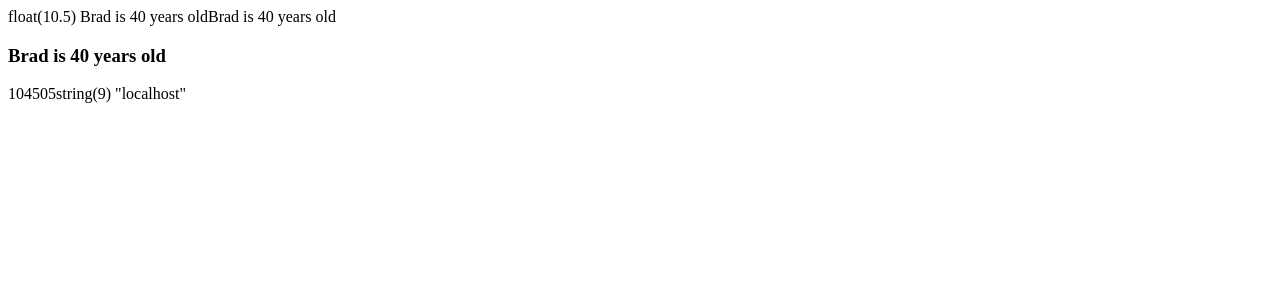
Repository: Matiss1337/PHP
Page: http://localhost/02_variables.php
An editor plug-in stored every save of this project. The page is shown before and after a run of saves, followed by the edit.
The browser window is 1280 px wide. The pictures show the whole page.
The page is run by PHP 8.4 with error messages shown; the project is at /var/www/html/.

Above is the page before, as saved 2023-02-14 10:06:14.

After the next 7 saves:
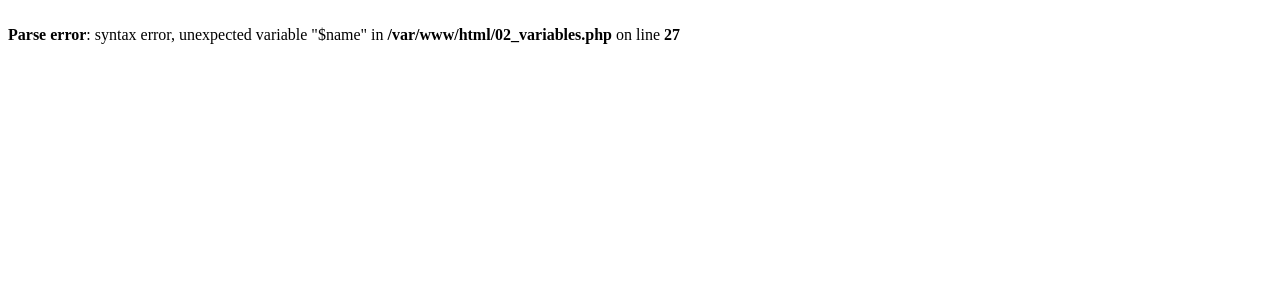
The 7 saves are shown as one change because they came seconds apart.
The last was saved 101 s later.
--- a/02_variables.php
+++ b/02_variables.php
@@ -22,6 +22,7 @@
 - Variables can only contain alpha-numeric characters and underscores (A-z, 0-9, and _ )
 - Variables are case-sensitive ($name and $NAME are two different variables)
 */
+$myNmae = "Matt"
 
 $name = 'Brad'; // String // Can be single or double quotes
 $age = 40; // Integer

After the 2 saves that followed:
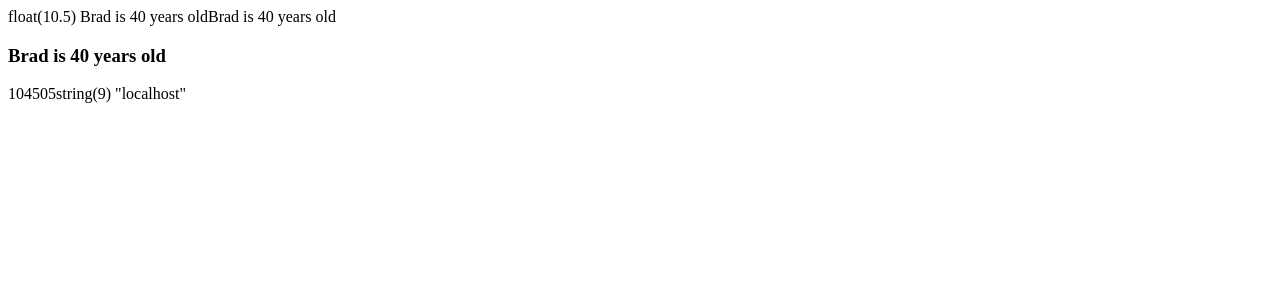
The 2 saves are shown as one change because they came seconds apart.
The last was saved 7 s later.
--- a/02_variables.php
+++ b/02_variables.php
@@ -22,7 +22,8 @@
 - Variables can only contain alpha-numeric characters and underscores (A-z, 0-9, and _ )
 - Variables are case-sensitive ($name and $NAME are two different variables)
 */
-$myNmae = "Matt"
+$myNmae = "Matt";
+
 
 $name = 'Brad'; // String // Can be single or double quotes
 $age = 40; // Integer
